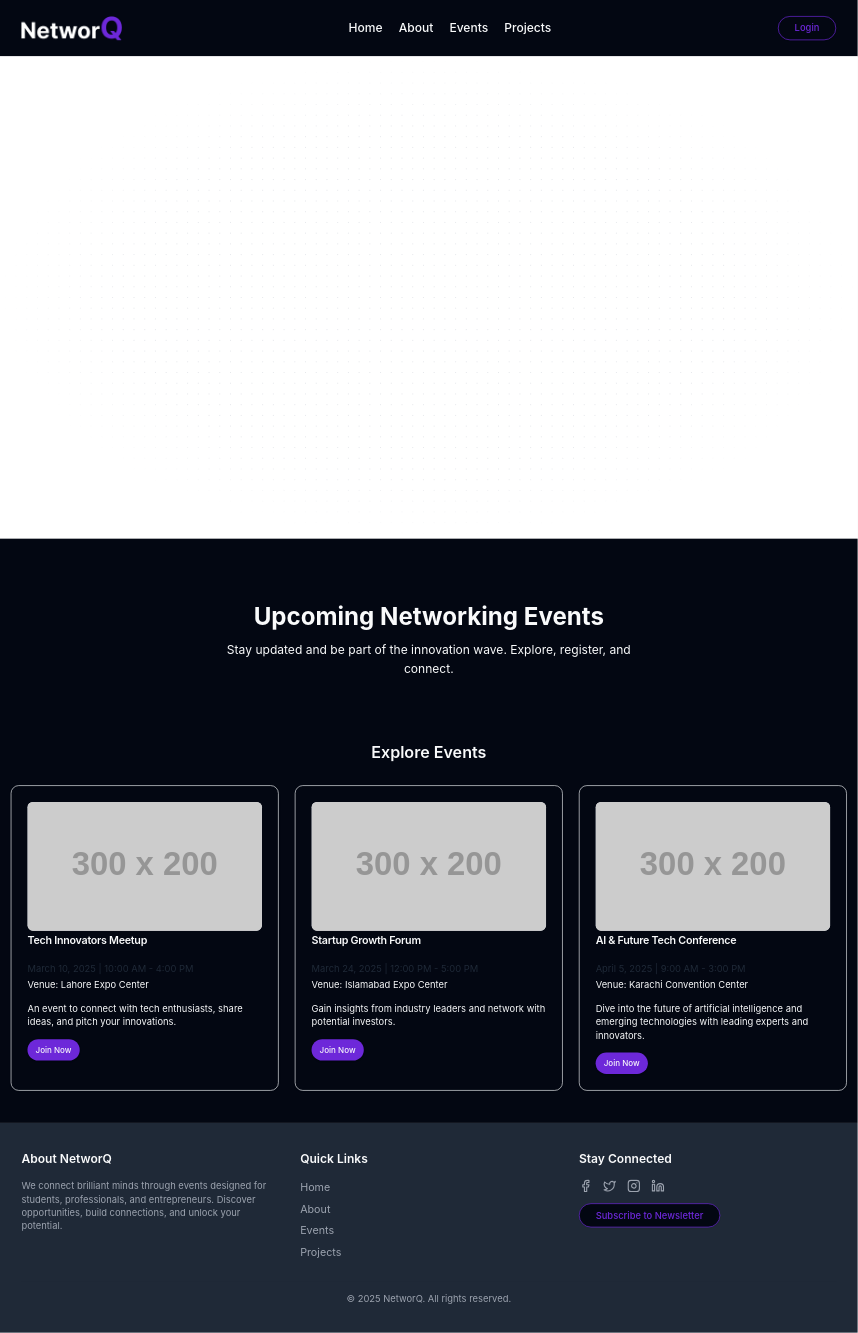
Repository: Wahab3917/Red-Pill-Coders-Hackathon-Submission
Page: /events (app in frontend/)
The author's editor kept a copy of each file at every save. The page is drawn from the files as they stood at one save, then again after the next save.
The browser window is 1280 px wide. The pictures show the whole page, at 67% of full size.
The project was rebuilt for these pictures with package versions that can differ from the ones it lists, and the page was loaded fresh each time. Also part of the build but not shown: frontend/vite.config.js, frontend/src/layouts/AuthLayout.jsx, frontend/src/pages/Home.jsx, frontend/src/pages/About.jsx, frontend/src/pages/Project.jsx.

Above is the page before, as saved 2025-01-25 13:29:41.

### frontend/index.html
<!doctype html>
<html lang="en" class="dark">
  <head>
    <meta charset="UTF-8" />
    <link rel="icon" type="image/svg+xml" href="./src/assets/favicon.png" />
    <meta name="viewport" content="width=device-width, initial-scale=1.0" />
    <title>NetworQ</title>
  </head>
  <body>
    <div id="root"></div>
    <script type="module" src="/src/main.jsx"></script>
  </body>
</html>

### frontend/src/App.jsx
import { BrowserRouter as Router, Routes, Route } from "react-router-dom";
import AuthLayout from "./layouts/AuthLayout";
import PageLayout from "./layouts/pageLayout";

// PAGES
import Home from "./pages/Home.jsx";
import About from "./pages/About.jsx";
import Event from "./pages/Event.jsx";
import Project from "./pages/Project.jsx";
function App() {
  return (
    <Router>
      <Routes>
        <Route
          path="/"
          element={
            <PageLayout>
              <Home />
            </PageLayout>
          }
        />
        <Route
          path="/about"
          element={
            <PageLayout>
              <About />
            </PageLayout>
          }
        />
        <Route
          path="/events"
          element={
            <PageLayout>
              <Event />
            </PageLayout>
          }
        />
        <Route
          path="/projects"
          element={
            <PageLayout>
              <Project />
            </PageLayout>
          }
        />
      </Routes>
    </Router>
  );
}

export default App;

### frontend/src/layouts/PageLayout.jsx
import React from 'react';
import { Header, Footer } from '../components';

function PageLayout({children}) {
  return (
    <div className='min-h-screen flex flex-wrap content-between bg-gray-100'>
      <div className='w-full block'>
        <Header />
          <main>
            {children}
          </main>
        <Footer />
      </div>
    </div>
  )
}

export default PageLayout

### frontend/src/pages/Event.jsx
import { useState } from "react";
import { Button } from "@/components/ui/button";
import { Card, CardContent, CardHeader, CardTitle } from "@/components/ui/card";

const eventsData = [
  {
    name: "Tech Innovators Meetup",
    date: "March 10, 2025",
    time: "10:00 AM - 4:00 PM",
    venue: "Lahore Expo Center",
    description:
      "An event to connect with tech enthusiasts, share ideas, and pitch your innovations.",
  },
  {
    name: "Startup Growth Forum",
    date: "March 24, 2025",
    time: "12:00 PM - 5:00 PM",
    venue: "Islamabad Expo Center",
    description:
      "Gain insights from industry leaders and network with potential investors.",
  },
  {
    name: "AI & Future Tech Conference",
    date: "April 5, 2025",
    time: "9:00 AM - 3:00 PM",
    venue: "Karachi Convention Center",
    description:
      "Dive into the future of artificial intelligence and emerging technologies with leading experts and innovators.",
  },
];

export default function EventsPage() {
  const [isLoggedIn, setIsLoggedIn] = useState(true); // Toggle login state

  return (
    <>
      <main>
        {/* Background Effect */}
        <div className="relative w-full h-screen bg-white">
          <div className="absolute inset-0 bg-[radial-gradient(#e5e7eb_1px,transparent_1px)] bg-cover [background-size:16px_16px] [mask-image:radial-gradient(ellipse_50%_50%_at_50%_50%,#000_70%,transparent_100%)]"></div>
        </div>

        <div className="bg-background text-foreground min-h-screen relative z-10">
          {/* Events Header */}
          <section className="pt-24 pb-12">
            <div className="container mx-auto px-4 text-center">
              <h1 className="text-4xl font-bold mb-4">
                Upcoming Networking Events
              </h1>
              <p className="text-lg max-w-2xl mx-auto">
                Stay updated and be part of the innovation wave. Explore,
                register, and connect.
              </p>
            </div>
          </section>

          {/* Events List */}
          <section className="py-12">
            <div className="container mx-auto px-4">
              <h2 className="text-2xl font-semibold text-center mb-8">
                Explore Events
              </h2>
              <div className="grid grid-cols-1 sm:grid-cols-2 lg:grid-cols-3 gap-6">
                {eventsData.map((event, index) => (
                  <Card key={index}>
                    <CardHeader>
                      {/* Placeholder Image */}
                      <div className="w-full h-48 bg-gray-200 rounded-lg overflow-hidden">
                        <img
                          src="https://via.placeholder.com/300x200"
                          alt={event.name}
                          className="w-full h-full object-cover"
                        />
                      </div>
                      <CardTitle className="mt-4">{event.name}</CardTitle>
                    </CardHeader>
                    <CardContent>
                      <p className="text-sm text-muted">
                        {event.date} | {event.time}
                      </p>
                      <p className="text-sm mt-1">Venue: {event.venue}</p>
                      <p className="text-sm mt-4">{event.description}</p>
                      {isLoggedIn ? (
                        <Button
                          size="sm"
                          className="bg-primary text-primary-foreground mt-4 rounded-full"
                        >
                          Join Now
                        </Button>
                      ) : (
                        <p className="text-sm text-muted mt-4">
                          Log in to register for this event.
                        </p>
                      )}
                    </CardContent>
                  </Card>
                ))}
              </div>
            </div>
          </section>
        </div>
      </main>
    </>
  );
}

### frontend/src/components/index.js
import Header from "./Header/Header";
import Footer from "./Footer/Footer";

export {
  Header, Footer
}

### frontend/src/components/ui/button.jsx
import * as React from "react"
import { Slot } from "@radix-ui/react-slot"
import { cva } from "class-variance-authority";

import { cn } from "@/lib/utils"

const buttonVariants = cva(
  "inline-flex items-center justify-center gap-2 whitespace-nowrap rounded-md text-sm font-medium transition-colors focus-visible:outline-none focus-visible:ring-1 focus-visible:ring-ring disabled:pointer-events-none disabled:opacity-50 [&_svg]:pointer-events-none [&_svg]:size-4 [&_svg]:shrink-0",
  {
    variants: {
      variant: {
        default:
          "bg-primary text-primary-foreground shadow hover:bg-primary/90",
        destructive:
          "bg-destructive text-destructive-foreground shadow-sm hover:bg-destructive/90",
        outline:
          "border border-input bg-background shadow-sm hover:bg-accent hover:text-accent-foreground",
        secondary:
          "bg-secondary text-secondary-foreground shadow-sm hover:bg-secondary/80",
        ghost: "hover:bg-accent hover:text-accent-foreground",
        link: "text-primary underline-offset-4 hover:underline",
      },
      size: {
        default: "h-9 px-4 py-2",
        sm: "h-8 rounded-md px-3 text-xs",
        lg: "h-10 rounded-md px-8",
        icon: "h-9 w-9",
      },
    },
    defaultVariants: {
      variant: "default",
      size: "default",
    },
  }
)

const Button = React.forwardRef(({ className, variant, size, asChild = false, ...props }, ref) => {
  const Comp = asChild ? Slot : "button"
  return (
    (<Comp
      className={cn(buttonVariants({ variant, size, className }))}
      ref={ref}
      {...props} />)
  );
})
Button.displayName = "Button"

export { Button, buttonVariants }

### frontend/src/components/ui/card.jsx
import * as React from "react"

import { cn } from "@/lib/utils"

const Card = React.forwardRef(({ className, ...props }, ref) => (
  <div
    ref={ref}
    className={cn("rounded-xl border bg-card text-card-foreground shadow", className)}
    {...props} />
))
Card.displayName = "Card"

const CardHeader = React.forwardRef(({ className, ...props }, ref) => (
  <div
    ref={ref}
    className={cn("flex flex-col space-y-1.5 p-6", className)}
    {...props} />
))
CardHeader.displayName = "CardHeader"

const CardTitle = React.forwardRef(({ className, ...props }, ref) => (
  <div
    ref={ref}
    className={cn("font-semibold leading-none tracking-tight", className)}
    {...props} />
))
CardTitle.displayName = "CardTitle"

const CardDescription = React.forwardRef(({ className, ...props }, ref) => (
  <div
    ref={ref}
    className={cn("text-sm text-muted-foreground", className)}
    {...props} />
))
CardDescription.displayName = "CardDescription"

const CardContent = React.forwardRef(({ className, ...props }, ref) => (
  <div ref={ref} className={cn("p-6 pt-0", className)} {...props} />
))
CardContent.displayName = "CardContent"

const CardFooter = React.forwardRef(({ className, ...props }, ref) => (
  <div
    ref={ref}
    className={cn("flex items-center p-6 pt-0", className)}
    {...props} />
))
CardFooter.displayName = "CardFooter"

export { Card, CardHeader, CardFooter, CardTitle, CardDescription, CardContent }

### frontend/src/components/Header/Header.jsx
import React from "react";
import { Link, useNavigate } from "react-router-dom";
import Logo from "../Logo";
import { Button } from "../ui/button";

function Header() {
  const navigate = useNavigate();

  const navItems = [
    { name: "Home", slug: "/", active: true },
    { name: "About", slug: "/about", active: true },
    { name: "Events", slug: "/events", active: true },
    { name: "Projects", slug: "/projects", active: true },
  ];

  return (
    <header className="flex justify-between items-center py-6 px-8 bg-background text-foreground shadow-md">
      {/* Logo Section */}
      <div>
        <Link to="/">
          <Logo width={150} />
        </Link>
      </div>

      {/* Navigation Section */}
      <nav className="flex gap-6">
        {navItems.map(
          (item) =>
            item.active && (
              <Link
                to={item.slug}
                key={item.name}
                className="text-lg font-medium hover:text-primary transition-colors"
              >
                {item.name}
              </Link>
            )
        )}
      </nav>

      {/* Actions Section */}
      <div>
        <Link to="/login">
          <Button
            variant="outline"
            className="py-2 px-6 rounded-full border-primary text-primary hover:bg-primary hover:text-primary-foreground transition-colors"
          >
            Login
          </Button>
        </Link>
      </div>
    </header>
  );
}

export default Header;

### frontend/src/components/Footer/Footer.jsx
import React from "react";
import { Link } from "react-router-dom";
import { Button } from "../ui/button";
import { Facebook, Twitter, Instagram, Linkedin } from "lucide-react";

function Footer() {
  return (
    <footer className="bg-muted text-muted-foreground py-10 px-8">
      <div className="container mx-auto grid md:grid-cols-3 gap-8">
        {/* About Section */}
        <div>
          <h4 className="text-lg font-semibold mb-4">About NetworQ</h4>
          <p className="text-sm">
            We connect brilliant minds through events designed for students, professionals, and entrepreneurs.
            Discover opportunities, build connections, and unlock your potential.
          </p>
        </div>

        {/* Navigation Links */}
        <div>
          <h4 className="text-lg font-semibold mb-4">Quick Links</h4>
          <ul className="space-y-2">
            <li>
              <Link to="/" className="hover:text-primary transition-colors">Home</Link>
            </li>
            <li>
              <Link to="/about" className="hover:text-primary transition-colors">About</Link>
            </li>
            <li>
              <Link to="/events" className="hover:text-primary transition-colors">Events</Link>
            </li>
            <li>
              <Link to="/projects" className="hover:text-primary transition-colors">Projects</Link>
            </li>
          </ul>
        </div>

        {/* Social Media & Newsletter */}
        <div>
          <h4 className="text-lg font-semibold mb-4">Stay Connected</h4>
          <div className="flex space-x-4 mb-4">
            <a
              href="https://facebook.com"
              target="_blank"
              rel="noopener noreferrer"
              className="text-muted-foreground hover:text-primary transition-colors"
            >
              <Facebook size={20} />
            </a>
            <a
              href="https://twitter.com"
              target="_blank"
              rel="noopener noreferrer"
              className="text-muted-foreground hover:text-primary transition-colors"
            >
              <Twitter size={20} />
            </a>
            <a
              href="https://instagram.com"
              target="_blank"
              rel="noopener noreferrer"
              className="text-muted-foreground hover:text-primary transition-colors"
            >
              <Instagram size={20} />
            </a>
            <a
              href="https://linkedin.com"
              target="_blank"
              rel="noopener noreferrer"
              className="text-muted-foreground hover:text-primary transition-colors"
            >
              <Linkedin size={20} />
            </a>
          </div>
          <Link to="/signup">
            <Button
              variant="outline"
              className="py-2 px-6 rounded-full border-primary text-primary hover:bg-primary hover:text-primary-foreground transition-colors"
            >
              Subscribe to Newsletter
            </Button>
          </Link>
        </div>
      </div>

      {/* Bottom Bar */}
      <div className="border-t border-border mt-8 pt-4 text-center">
        <p className="text-sm">
          © {new Date().getFullYear()} NetworQ. All rights reserved.
        </p>
      </div>
    </footer>
  );
}

export default Footer;

### frontend/src/components/Logo.jsx
import React from 'react';
import logo from '../assets/Logo.png';

function Logo({width}) {
  return (
    <img src={logo} alt="Logo" width={width} />
  )
}

export default Logo

### frontend/tailwind.config.js
const plugin = require("tailwindcss/plugin");
const { fontFamily } = require("tailwindcss/defaultTheme");

/** @type {import('tailwindcss').Config} */
module.exports = {
  darkMode: ["class"],
  content: ["./index.html", "./src/**/*.{ts,tsx,js,jsx}"],
  theme: {
    extend: {
      colors: {
        background: "hsl(var(--background))",
        foreground: "hsl(var(--foreground))",
        card: "hsl(var(--card))",
        "card-foreground": "hsl(var(--card-foreground))",
        popover: "hsl(var(--popover))",
        "popover-foreground": "hsl(var(--popover-foreground))",
        primary: "hsl(var(--primary))",
        "primary-foreground": "hsl(var(--primary-foreground))",
        secondary: "hsl(var(--secondary))",
        "secondary-foreground": "hsl(var(--secondary-foreground))",
        muted: "hsl(var(--muted))",
        "muted-foreground": "hsl(var(--muted-foreground))",
        accent: "hsl(var(--accent))",
        "accent-foreground": "hsl(var(--accent-foreground))",
        destructive: "hsl(var(--destructive))",
        "destructive-foreground": "hsl(var(--destructive-foreground))",
        border: "hsl(var(--border))",
        input: "hsl(var(--input))",
        ring: "hsl(var(--ring))",
      },
      borderRadius: {
        DEFAULT: "var(--radius)",
      },
      fontFamily: {
        sans: ["Inter", ...fontFamily.sans],
      },
      typography: {
        DEFAULT: {
          css: {
            h1: {
              fontSize: "3.5rem", // 56px
              fontWeight: "900",
              lineHeight: "4rem", // 64px
              color: "hsl(var(--foreground))",
            },
            h2: {
              fontSize: "2.875rem", // 46px
              fontWeight: "800",
              lineHeight: "3.25rem", // 52px
              color: "hsl(var(--foreground))",
            },
            h3: {
              fontSize: "2.25rem", // 36px
              fontWeight: "700",
              lineHeight: "2.75rem", // 44px
              color: "hsl(var(--foreground))",
            },
            h4: {
              fontSize: "1.875rem", // 30px
              fontWeight: "600",
              lineHeight: "2.25rem", // 36px
              color: "hsl(var(--foreground))",
            },
          },
        },
      },
    },
  },
  plugins: [
    require("tailwindcss-animate"),
    require("@tailwindcss/typography"),
    plugin(function ({ addBase }) {
      addBase({
        h1: {
          "@apply text-[56px] font-extrabold leading-[64px] text-foreground": "",
        },
        h2: {
          "@apply text-[46px] font-bold leading-[52px] text-foreground": "",
        },
        h3: {
          "@apply text-[36px] font-semibold leading-[44px] text-foreground": "",
        },
        h4: {
          "@apply text-[30px] font-medium leading-[36px] text-foreground": "",
        },
      });
    }),
  ],
};

Loaded but not shown: frontend/src/main.jsx (common file); frontend/src/index.css (common file); frontend/src/lib/utils.js (common file)

After the next save:
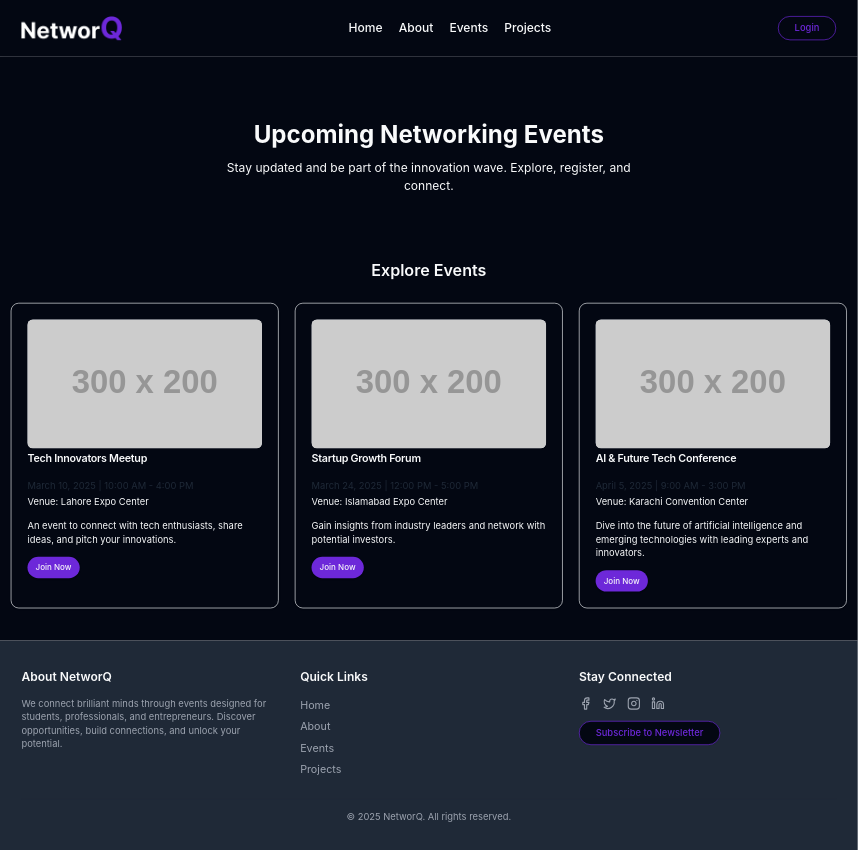
Saved 7 s later.
--- a/frontend/src/pages/Event.jsx
+++ b/frontend/src/pages/Event.jsx
@@ -35,12 +35,11 @@ export default function EventsPage() {
   return (
     <>
       <main>
-        {/* Background Effect */}
-        <div className="relative w-full h-screen bg-white">
-          <div className="absolute inset-0 bg-[radial-gradient(#e5e7eb_1px,transparent_1px)] bg-cover [background-size:16px_16px] [mask-image:radial-gradient(ellipse_50%_50%_at_50%_50%,#000_70%,transparent_100%)]"></div>
+        <div className="relative h-full w-full bg-white">
+          <div className="absolute h-full w-full bg-[radial-gradient(#e5e7eb_1px,transparent_1px)] [background-size:16px_16px] [mask-image:radial-gradient(ellipse_50%_50%_at_50%_50%,#000_70%,transparent_100%)]"></div>
         </div>
 
-        <div className="bg-background text-foreground min-h-screen relative z-10">
+        <div className="bg-background text-foreground min-h-screen">
           {/* Events Header */}
           <section className="pt-24 pb-12">
             <div className="container mx-auto px-4 text-center">
@@ -60,7 +59,7 @@ export default function EventsPage() {
               <h2 className="text-2xl font-semibold text-center mb-8">
                 Explore Events
               </h2>
-              <div className="grid grid-cols-1 sm:grid-cols-2 lg:grid-cols-3 gap-6">
+              <div className="grid grid-cols-1 sm:grid-cols-2 lg:grid-cols-3 gap-6 gap-6">
                 {eventsData.map((event, index) => (
                   <Card key={index}>
                     <CardHeader>
